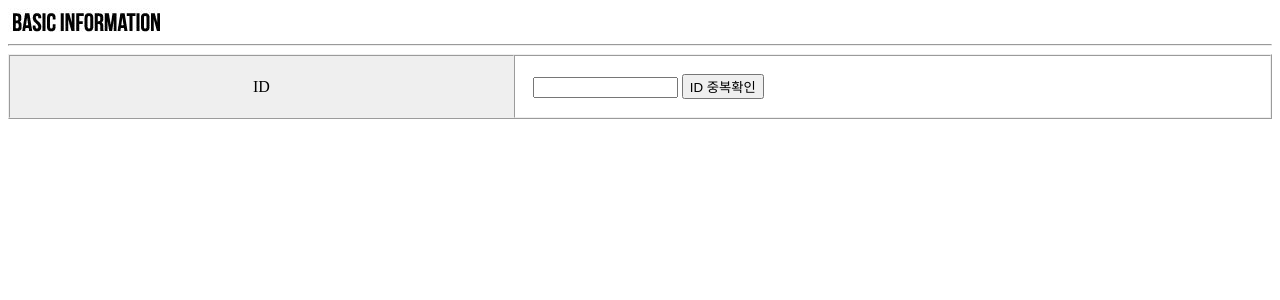
Repository: kminjoo/Making-website-using-JSP
Page: http://localhost/website_project/Register.jsp
An editor plug-in stored every save of this project. The page is shown before and after a run of saves, followed by the edit.
The browser window is 1280 px wide. The pictures show the whole page.
The page is served by Tomcat 9. Other server files are loaded and not shown.

Above is the page before, as saved 2015-07-21 13:58:01.

### website_project/WebContent/Register.jsp
<%@ page language="java" contentType="text/html; charset=EUC-KR"
    pageEncoding="EUC-KR"%>
<!DOCTYPE html PUBLIC "-//W3C//DTD HTML 4.01 Transitional//EN" "http://www.w3.org/TR/html4/loose.dtd">
<html>
<head>
<meta http-equiv="Content-Type" content="text/html; charset=EUC-KR">
<title>Welcome to Minjoo's Website!</title>
<link href="style.css" rel="stylesheet" type="text/css">

<script language="JavaScript" src="script.js"></script>
</head>
<body>
<div><img src="<%=request.getContextPath() %>/images/basicInfo.JPG"/></div>
<hr>
<table border="1" cellpadding="18" cellspacing="1" width="100%">
<form name="regForm" method="post" action="RegisterProc.jsp">
	<tr>
		<td width="40%" align="center" bgcolor="#EFEFEF">ID</td>
		<td width="60%"><input type="text" name="mem_id" size="15">
		<input type="button" value="ID 중복확인" onClick="idCheck(this.form.mem_id.value)"></td>
	</tr>
</table>
</form>

</body>
</html>

### website_project/WebContent/style.css
@CHARSET "EUC-KR";

hr {
    display: block;
    margin-top: 0.5em;
    margin-bottom: 0.5em;
    margin-left: auto;
    margin-right: auto;
    border-style: inset;
    border-width: 1px;
}

table {
    display: table;
    border-collapse: collpase;
    border-spacing: 0px;
    border-color: #EFEFEF;
}

### website_project/WebContent/script.js
/**
 *
 */


function loginCheck(){
	if(document.login.mem_id.value==""){
		alert("Enter your ID.");
		document.login.mem_id.focus();
		return;
	}
	if(document.login.mem_passwd.value==""){
		alert("Enter your password.");
		document.login.mem_passwd.focus();
		return;
	}
	document.login.submit();

}

function memberReg(){
	location.href ="Register.jsp";
}
function idCheck(id){
	if(id == ""){
	alert("Enter your ID.");
	document.regForm.mem_id.focus();
	}else{
		url="IdCheck.jsp?mem_id=" + id;
		window.open(url,"post","width=300,height=150");
	}
}

function inputCheck(){
	if(document.regForm.mem_id.value==""){
		alert("Enter your ID.");
		document.regForm.mem_id.focus();
		return;
	}
	if(document.regForm.mem_password.value==""){
		alert("Enter your Password.");
		document.regForm.mem_password.focus();
		return;
	}
	if(document.regForm.mem_repasswd.value==""){
		alert("Enter your Password.");
		document.regForm.mem_repasswd.focus();
		return;
	}

	if(document.regForm.mem_password.value != document.regForm.mem_repasswd.value){
		alert("Passwords do not match.");
		document.regForm.mem_passwd.focus();
		return;
	}

	if(document.regForm.mem_firstname.value==""){
		alert("Enter your first name.");
		document.regForm.mem_firstname.focus();
		return;
	}
	if(document.regForm.mem_lastname.value==""){
		alert("Enter your last name.");
		document.regForm.mem_lastname.focus();
		return;
	}
	if(document.regForm.mem_email.value==""){
		alert("Enter your email address.");
		document.regForm.mem_email.focus();
		return;
	}
	if(document.regForm.mem_phone1.value==""){
		alert("Enter your phone number.");
		document.regForm.mem_phone1.focus();
		return;
	}
	if(document.regForm.mem_phone2.value==""){
		alert("Enter your phone number.");
		document.regForm.mem_phone2.focus();
		return;
	}
	if(document.regForm.mem_phone3.value==""){
		alert("Enter your phone number.");
		document.regForm.mem_phone3.focus();
		return;
	}

	var str = document.regForm.mem_email.value;
	var atPos = str.indexOf('@');
	var atLastPos = str.lastIndexOf('@');
	var dotPos = str.indexOf('.');
	var spacePos = str.indexOf(' ');
	var commaPos = str.indexOf(',');
	var emailSize = str.length;

	if(atPos>1 && atPos == atLastPos && dotPos > 3 && spacePos == -1 &&
			commaPos == -1 && atPos + 1 < dotPos && dotPos + 1 < emailSize );
	else{
		alert("This e-mail address is incorrectly formatted. \n\r Please try again.");
		document.regForm.mem_email.focus();
		return;
	}

	document.regForm.submit();
}

function inputCheck2(){
	if(document.regForm.mem_id.value==""){
		alert("Enter your ID.");
		document.regForm.mem_id.focus();
		return;
	}
	if(document.regForm.mem_password.value==""){
		alert("Enter your Password.");
		document.regForm.mem_password.focus();
		return;
	}

	if(document.regForm.mem_firstname.value==""){
		alert("Enter your first name.");
		document.regForm.mem_firstname.focus();
		return;
	}
	if(document.regForm.mem_lastname.value==""){
		alert("Enter your last name.");
		document.regForm.mem_lastname.focus();
		return;
	}
	if(document.regForm.mem_email.value==""){
		alert("Enter your email address.");
		document.regForm.mem_email.focus();
		return;
	}
	if(document.regForm.mem_phone1.value==""){
		alert("Enter your phone number.");
		document.regForm.mem_phone1.focus();
		return;
	}
	if(document.regForm.mem_phone2.value==""){
		alert("Enter your phone number.");
		document.regForm.mem_phone2.focus();
		return;
	}
	if(document.regForm.mem_phone3.value==""){
		alert("Enter your phone number.");
		document.regForm.mem_phone3.focus();
		return;
	}

	var str = document.regForm.mem_email.value;
	var atPos = str.indexOf('@');
	var atLastPos = str.lastIndexOf('@');
	var dotPos = str.indexOf('.');
	var spacePos = str.indexOf(' ');
	var commaPos = str.indexOf(',');
	var emailSize = str.length;

	if(atPos>1 && atPos == atLastPos && dotPos > 3 && spacePos == -1 &&
			commaPos == -1 && atPos + 1 < dotPos && dotPos + 1 < emailSize );
	else{
		alert("This e-mail address is incorrectly formatted. \n\r Please try again.");
		document.regForm.mem_email.focus();
		return;
	}

	document.regForm.submit();
}

function win_close()
{
	self.close();
}

function searchInputCheck(sform){
	if(sform.search.value==""){
	alert("Enter what you want to search");
	sform.search.focus();
	return false;
}
	sform.submit();
}

After the next 2 saves:
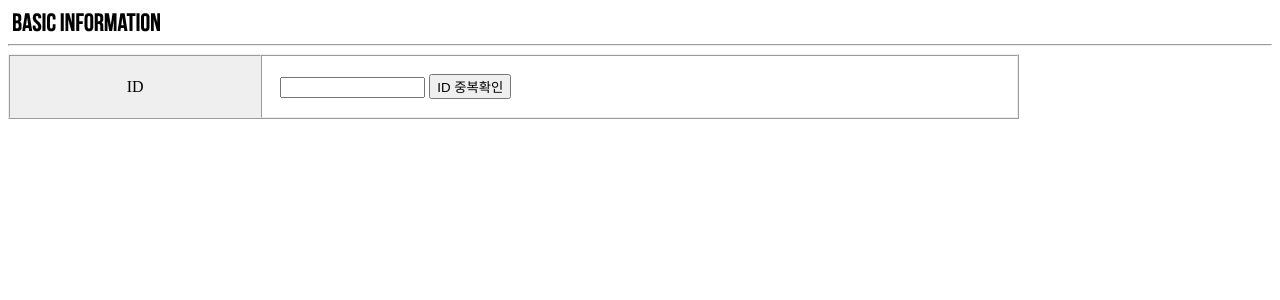
The 2 saves are shown as one change because they came seconds apart.
The last was saved 21 s later.
--- a/website_project/WebContent/Register.jsp
+++ b/website_project/WebContent/Register.jsp
@@ -12,10 +12,10 @@
 <body>
 <div><img src="<%=request.getContextPath() %>/images/basicInfo.JPG"/></div>
 <hr>
-<table border="1" cellpadding="18" cellspacing="1" width="100%">
+<table border="1" cellpadding="18" cellspacing="1" width="80%">
 <form name="regForm" method="post" action="RegisterProc.jsp">
 	<tr>
-		<td width="40%" align="center" bgcolor="#EFEFEF">ID</td>
+		<td width="20%" align="center" bgcolor="#EFEFEF">ID</td>
 		<td width="60%"><input type="text" name="mem_id" size="15">
 		<input type="button" value="ID 중복확인" onClick="idCheck(this.form.mem_id.value)"></td>
 	</tr>
